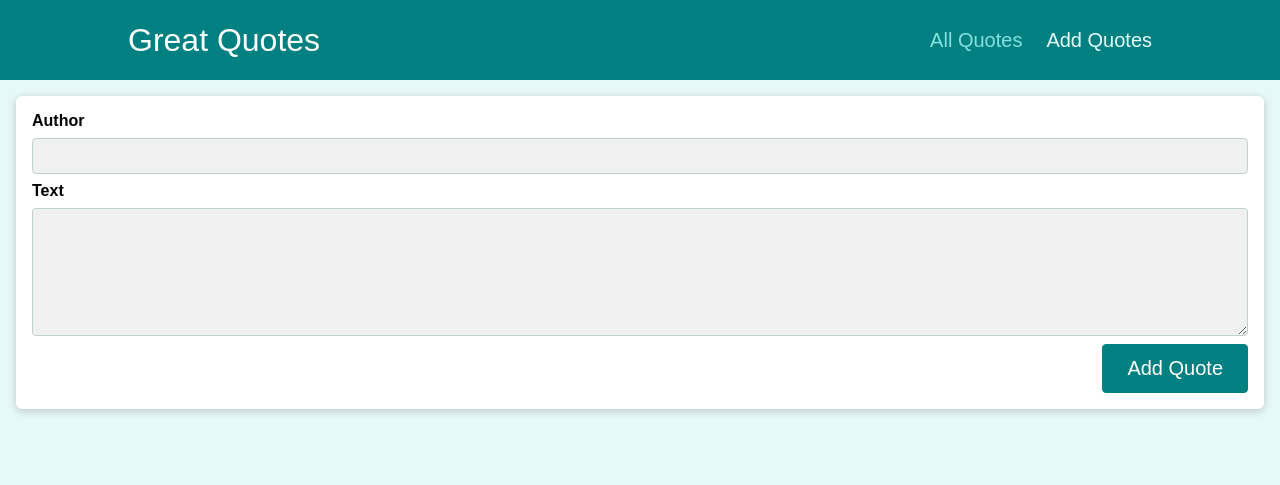
Repository: NamalPathirana/react-router-prac-two-demo
Page: /add-quotes
These files come from the project's save history. The page is drawn as it stood at one moment and after the next save; the edit follows.
The browser window is 1280 px wide. The pictures show the whole page.
The project was rebuilt for these pictures with package versions that can differ from the ones it lists, and the page was loaded fresh each time. Also part of the build but not shown: src/components/UI/LoadingSpinner.module.css, src/components/UI/LoadingSpinner.js, src/components/comments/Comments.module.css, src/components/comments/NewCommentForm.module.css, src/components/comments/NewCommentForm.js, src/components/comments/Comments.js, src/components/pages/Quote-details.js, src/components/pages/Quotes.js.

Above is the page before, as saved 2022-04-18 18:58:55.

### src/App.js
import { Fragment } from "react";
import { Redirect, Route, Switch } from "react-router-dom";
import Layout from "./components/layout/Layout";
import AddQuotes from "./components/pages/AddQuotes";
import QuotesDetails from "./components/pages/Quote-details";
import Quotes from "./components/pages/Quotes";

function App() {
  return (
    <Fragment>
      <Layout>
        <Switch>
          <Route path="/" exact>
            <Redirect to="/quotes"></Redirect>
          </Route>
          <Route path="/quotes" exact>
            <Quotes></Quotes>
          </Route>
          <Route path="/quotes/:quoteID">
            <QuotesDetails></QuotesDetails>
          </Route>
          <Route path="/add-quotes" exact>
            <AddQuotes></AddQuotes>
          </Route>
        </Switch>
      </Layout>
    </Fragment>
  );
}

export default App;

### src/components/layout/Layout.js
import { Fragment } from "react";
import Header from "./Header";


const Layout = (props) => {
    return <Fragment>
        <Header></Header>
        <main>{props.children}</main>
    </Fragment>
}


export default Layout;

### src/components/pages/AddQuotes.js
import { Fragment } from "react";
import QuoteForm from "../quotes/QuoteForm"

const AddQuotes = () => {
    return <Fragment>
       <QuoteForm/>
    </Fragment>
}

export default AddQuotes;

### src/components/layout/Header.js
import { NavLink } from "react-router-dom";
import classes from "./MainNavigation.module.css";

const Header = () => {
  return (
    <header className={classes.header}>
      <p className={classes.logo}>Great Quotes</p>
      <nav className={classes.nav}>
        <ul>
          <li>
            <NavLink activeClassName={classes.active} to="/quotes">All Quotes</NavLink>
          </li>
          <li>
            <NavLink activeClassName={classes.active} to="/add-quotes">Add Quotes</NavLink>
          </li>
        </ul>
      </nav>
    </header>
  );
};

export default Header;

### src/components/quotes/QuoteForm.js
import { useRef } from 'react';

import Card from '../UI/Card';
import LoadingSpinner from '../UI/LoadingSpinner';
import classes from './QuoteForm.module.css';

const QuoteForm = (props) => {
  const authorInputRef = useRef();
  const textInputRef = useRef();

  function submitFormHandler(event) {
    event.preventDefault();

    const enteredAuthor = authorInputRef.current.value;
    const enteredText = textInputRef.current.value;

    // optional: Could validate here

    props.onAddQuote({ author: enteredAuthor, text: enteredText });
  }

  return (
    <Card>
      <form className={classes.form} onSubmit={submitFormHandler}>
        {props.isLoading && (
          <div className={classes.loading}>
            <LoadingSpinner />
          </div>
        )}

        <div className={classes.control}>
          <label htmlFor='author'>Author</label>
          <input type='text' id='author' ref={authorInputRef} />
        </div>
        <div className={classes.control}>
          <label htmlFor='text'>Text</label>
          <textarea id='text' rows='5' ref={textInputRef}></textarea>
        </div>
        <div className={classes.actions}>
          <button className='btn'>Add Quote</button>
        </div>
      </form>
    </Card>
  );
};

export default QuoteForm;

### src/components/quotes/QuoteForm.module.css
.form {
  position: relative;
}

.loading {
  position: absolute;
  width: 100%;
  height: 100%;
  background-color: rgba(255, 255, 255, 0.7);
  display: flex;
  justify-content: center;
  align-items: center;
}

.control {
  margin-bottom: 0.5rem;
}

.control label {
  font-weight: bold;
  display: block;
  margin-bottom: 0.5rem;
}

.control input,
.control textarea {
  font: inherit;
  padding: 0.35rem;
  border-radius: 4px;
  background-color: #f0f0f0;
  border: 1px solid #c1d1d1;
  display: block;
  width: 100%;
  font-size: 1.25rem;
}

.control input:focus,
.control textarea:focus {
  background-color: #cbf8f8;
  outline-color: teal;
}

.actions {
  text-align: right;
}

.actions button {
  font-size: 1.25rem;
}

Loaded but not shown: public/index.html (common file); src/index.js (common file); src/index.css (common file); src/components/layout/MainNavigation.module.css (common file); src/components/UI/Card.js (common file); src/components/UI/Card.module.css (common file); src/components/layout/Layout.module.css (common file)

After the next save:
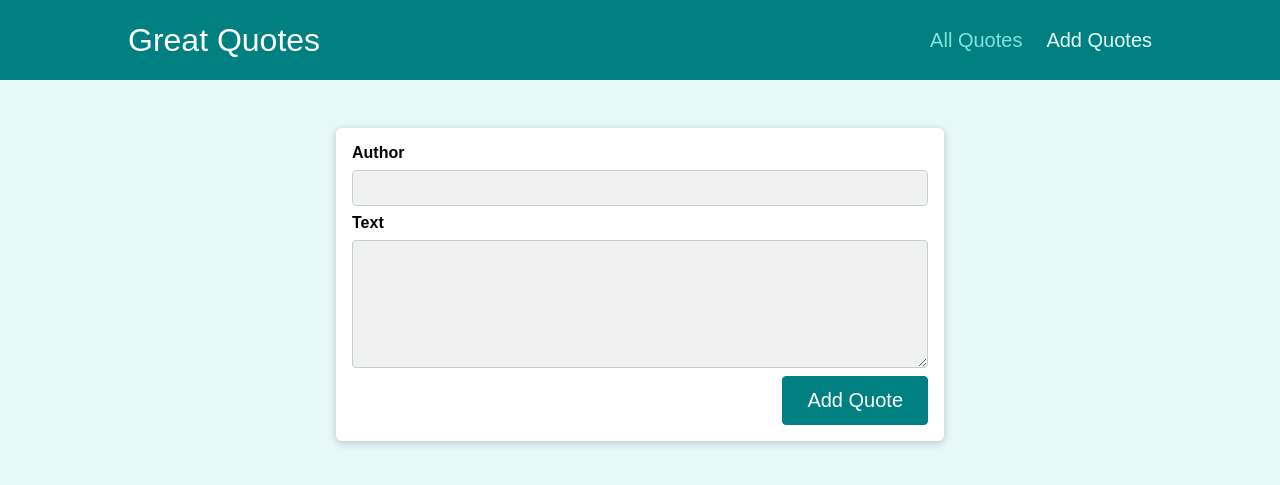
Saved 115 s later.
--- a/src/components/layout/Layout.js
+++ b/src/components/layout/Layout.js
@@ -1,11 +1,12 @@
 import { Fragment } from "react";
 import Header from "./Header";
+import classes from "./Layout.module.css"
 
 
 const Layout = (props) => {
     return <Fragment>
         <Header></Header>
-        <main>{props.children}</main>
+        <main className={classes.main} >{props.children}</main>
     </Fragment>
 }
 
